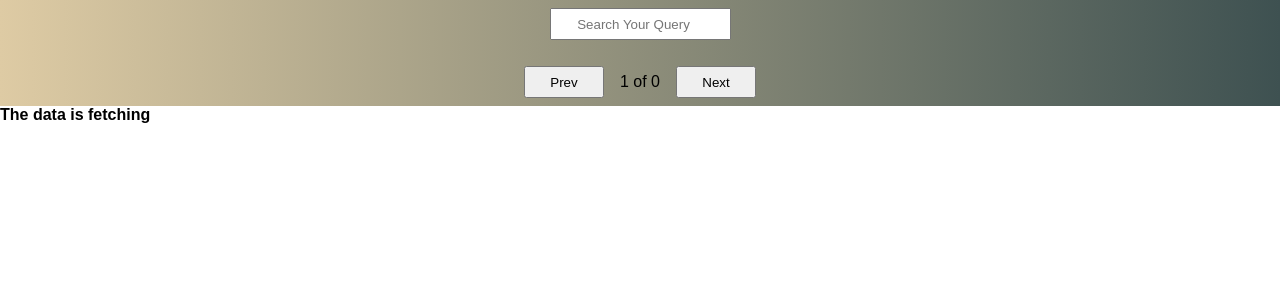
Repository: suraj-yadav7/TechNews
Page: /
The author's editor kept a copy of each file at every save. The page is drawn from the files as they stood at one save, then again after the next save.
The browser window is 1280 px wide. The pictures show the whole page.
The page's requests for data from a server got no answer. The project was rebuilt for these pictures with package versions that can differ from the ones it lists, and the page was loaded fresh each time. No one was signed in, and anything a server would have sent is missing.

Above is the page before, as saved 2023-04-28 10:31:37.

### src/index.js
import React from 'react';
import ReactDOM from 'react-dom/client';
import App from './App';
import { AppProvider } from './context';

const root = ReactDOM.createRoot(document.getElementById('root'));
root.render(
  <React.StrictMode>
    <AppProvider>
    <App />
    </AppProvider>
  </React.StrictMode>
);

### src/App.js
import './App.css';
import Search from './components/Search';
import Stories from './components/Stories';

function App() {
  return (
      <>
      <Search/>
      <Stories />
      </>
  );
}

export default App;

### src/context.jsx
import {useContext, createContext, useEffect, useReducer} from "react"
import {reducer} from './reducer'

const AppContext = createContext();
let api = "https://hn.algolia.com/api/v1/search?";
const initial = {
    hits:[],
    page:0,
    nbPages:0,
    query:"",
    isLoading:true
}

const AppProvider = ({children})=>{

    const [state, dispatch] = useReducer(reducer, initial)

    const fetchApiData = async(url)=>{
        dispatch({
            type:"loadingData",
        })
        try{
            let fetchApi = await fetch(url)
            let data = await fetchApi.json()
            console.log(data)
            dispatch({
                type:"Get_Update",
                payload:{
                    hitNews:data.hits,
                    pg:data.page,
                    nbPg: data.nbPages
                }
            })
        }
        catch(error){
            console.log(error)
        }
        }

        //removing post
        const removePost = (objectID) =>{
                    dispatch({
                        type:"remove_post",
                        payload: objectID
                    })
        }

    //Search Post
    const searchPost = ((searchVal)=>{
        // searchVal.preventDefault()
        dispatch({
        type:"SEARCH_POST",
        payload: searchVal
        })
    })

    //Previous Page
    const prevPage=()=>{
        dispatch({
            type:"PREV_PAGE"
        })
    }
    const nextPage=()=>{
        dispatch({
            type:"NEXT_PAGE"
        })
    }
    useEffect(()=>{
         fetchApiData(`${api}query=${state.query}&&page=${state.page}`)

    },[state.query, state.page])


    return(
        <AppContext.Provider value= {{...state, removePost, searchPost,prevPage,nextPage}} >{children}</AppContext.Provider>
    )
};

//Custom hook to provide appContext and useContext

const useGlobalContext = ()=>{
    return useContext(AppContext)
}
export {AppContext,AppProvider, useGlobalContext}

### src/App.css
*{
  margin: 0;
  padding: 0;
  box-sizing: border-box;
  font-family:  sans-serif;
}

/* Search Div*/
.searchMain{
  display: flex;
  flex-direction: column;
  align-items: center;
  justify-content: center;
  gap:10px;
  background-image: linear-gradient(to right, #DECBA4, #3E5151);

}
.searchInput{
  margin: 0.5rem 0;
  width: 100%;
  height: 2rem;
  text-align: center;
}
.pagination{
  margin: 0.5rem 0;
}
.pagination> button{
  width: 5rem;
  height: 2rem;
  margin: 0 1rem;
}
/* Stories */
.parentStory{
  display: flex;
  align-items: center;
  justify-content: center;
  flex-direction: column;
  gap: 1rem;
  background-image: linear-gradient(to right, #DECBA4, #3E5151);


}

.stories{
  width: 50%;
  height: 12rem;
  display: flex;
  background-image: linear-gradient(to right, #434343 0%, black 100%);
  align-items: center;
  justify-content: center;
  flex-direction: column;
  color: white;
  text-align: center;
}
.stories> h3,p{
  margin: 1rem 0;
  /* padding-bottom: 4rem; */
  padding: 0 2rem;
  margin-bottom: 1.2rem;
}
.storiesButton{
  height: 2rem;
  display: flex;
  align-items: center;
  margin:0.5rem ;
}
.storiesButton >button, a>button{
  margin:0 5rem;
  border: 1px solid blue;
  background-color: aliceblue;
  color: black;
  border-radius: 10px;
  height: 2rem;
  width: 6rem;
  text-align:center;
  font-size: medium;
  cursor: pointer;
}

### src/components/Search.jsx
import React from 'react'
import { useGlobalContext } from '../context'

const Search = () => {
  const { query, searchPost, prevPage, nextPage, nbPages, page } = useGlobalContext()
  return (
    <>
      <div className='searchMain'>
        <div className='formContainer'>
          <form onSubmit={(e) => e.preventDefault()}>
            <input className='searchInput' type="search" placeholder='Search Your Query' value={query} onChange={(e) => searchPost(e.target.value)}></input>
          </form>
        </div>
        <div className='pagination'>
          <button onClick={prevPage} >Prev</button>
          <span>{page + 1} of {nbPages}</span>
          <button onClick={nextPage} >Next</button>
        </div>
      </div>
    </>
  )
}

export default Search

### src/components/Stories.jsx
import React from 'react'
import { useGlobalContext } from '../context'

const Stories = () => {
  const { hits, isLoading, removePost } = useGlobalContext()



  if (isLoading) {
    return (
      <div className="Loading">
        <h4>The data is fetching</h4>
      </div>
    )
  }
  return (
    <>
      <div className='parentStory'>
        <h2>Latest Tech News</h2>
        {hits?.map((story) => {
          const { objectID } = story
          return (
            <>
              <div className='stories' key={objectID}>
                <h3>{story.title}</h3>
                <p>by <span>{story.author}</span>  | <span>comment: {story.num_comments} </span></p>
                  <div className="storiesButton">
                  <a href={story.url} target='_blank' rel="noreferrer"><button >Read More</button></a>
                  <button onClick={() => removePost(objectID)} >Remove</button>
                </div>
              </div>
            </>)
        })}
      </div>
    </>
  )
}

export default Stories

### src/reducer.jsx

const reducer = (state,action) =>{
    switch(action.type){
        case"loadingData" : return{
            ...state,
            isLoading: true

        } ;
        case "Get_Update":
            return{
                ...state,
                isLoading:false,
                hits:action.payload.hitNews,
                nbPages:action.payload.nbPg
            }

        case "remove_post":
            return{
                ...state, hits: state.hits.filter((post)=> post.objectID !== action.payload)
            }

        case "SEARCH_POST":
            return{
                    ...state, query: action.payload
            }

        case "PREV_PAGE":
            let pageNum=state.page-1
            if(pageNum<=0){
                pageNum=0
            }
            return{
                 ...state,
                    page:pageNum
                }


        case "NEXT_PAGE":
            let pageNum2= state.page+1
            if(pageNum2>=50){
                pageNum2=0
            }

            return{
                ...state,
                page:pageNum2
            }

    }
    return state
}
export {reducer};

Loaded but not shown: public/index.html (common file)

After the next save:
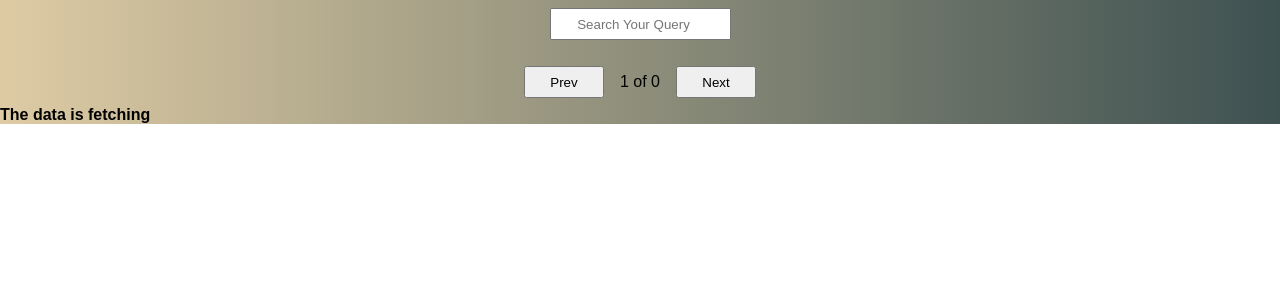
Saved 68 s later.
--- a/src/components/Stories.jsx
+++ b/src/components/Stories.jsx
@@ -8,7 +8,8 @@ const Stories = () => {
 
   if (isLoading) {
     return (
-      <div className="Loading">
+
+  <div className="Loading" style={{  backgroundImage: "linear-gradient(to right, #DECBA4, #3E5151)"}}>
         <h4>The data is fetching</h4>
       </div>
     )
